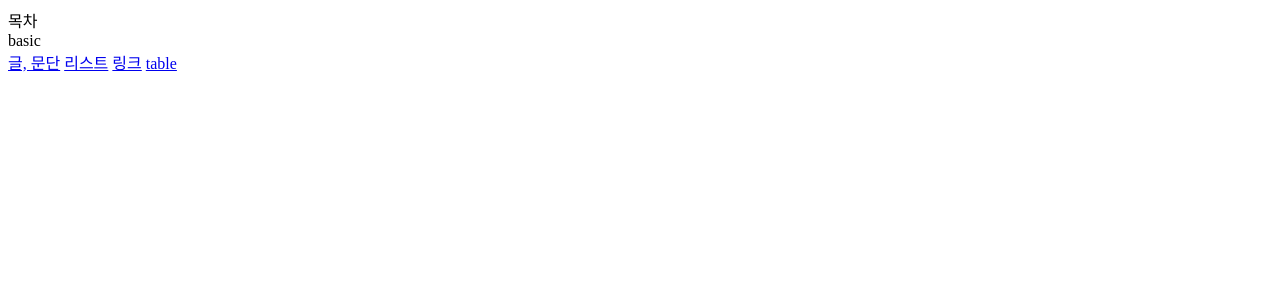
Repository: shouvoo/bitAcademy
Page: work/jsp/htmlProj/WebContent/index.html
An editor plug-in stored every save of this project. The page is shown before and after the next save, followed by the edit.
The browser window is 1280 px wide. The pictures show the whole page.

Above is the page before, as saved 2017-09-26 02:11:25.

### work/jsp/htmlProj/WebContent/index.html
<!DOCTYPE html>
<html>
	<head>
		<meta charset="UTF-8">
		<title>목차</title>
	</head>

	<body>
		목차
		<br>basic<br>
		<a href="basic/par.html">글, 문단</a>
		<a href="basic/list.html">리스트</a>
		<a href="basic/aTag.html">링크</a>
		<a href="basic/table.html">table</a>

	</body>
</html>

After the next save:
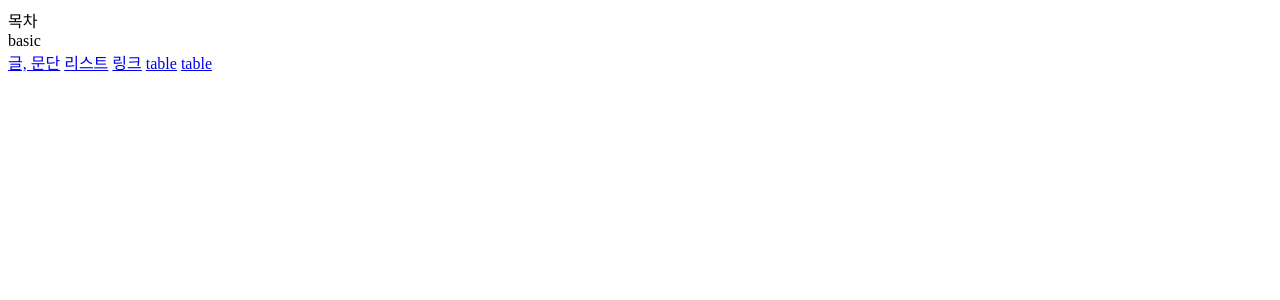
Saved 11 min 28 s later.
--- a/work/jsp/htmlProj/WebContent/index.html
+++ b/work/jsp/htmlProj/WebContent/index.html
@@ -12,6 +12,7 @@
 		<a href="basic/list.html">리스트</a>
 		<a href="basic/aTag.html">링크</a>
 		<a href="basic/table.html">table</a>
+		<a href="basic/table2.html">table</a>
 
 	</body>
 </html>
